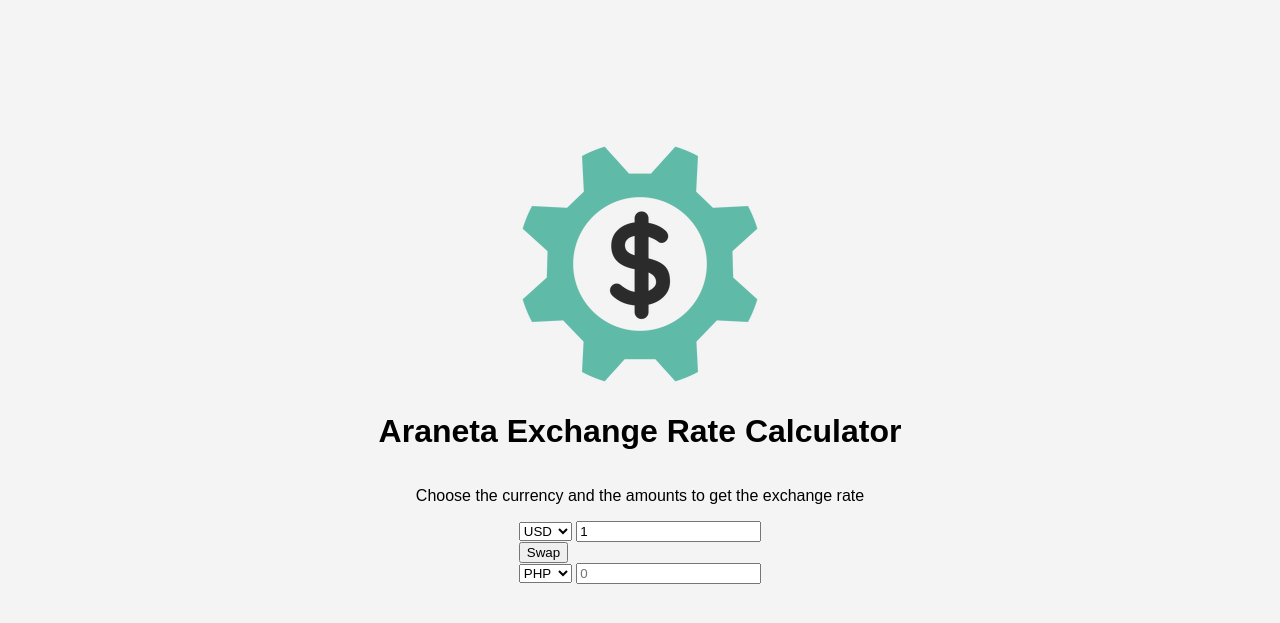
Repository: kenneth1175/ExchangeRateCalculator
Page: index.html
These files come from the project's save history. The page is drawn as it stood at one moment and after the next save; the edit follows.
The browser window is 1280 px wide. The pictures show the whole page.

Above is the page before, as saved 2025-10-03 19:30:20.

### index.html
<!DOCTYPE html>
<html lang="en">
  <head>
    <meta charset="UTF-8" />
    <meta name="viewport" content="width=device-width, initial-scale=1.0" />
    <title>Araneta Exchange Rate Calculator</title>
    <link rel="stylesheet" href="style.css" />
  </head>
  <body>
    <img src="./img/money.png" alt="logo" class="money-img" />
    <h1>Araneta Exchange Rate Calculator</h1>
    <p>Choose the currency and the amounts to get the exchange rate</p>

    <div class="container">
      <div class="currency">
        <select id="currency-one">
          <option value="AED">AED</option>
          <option value="ARS">ARS</option>
          <option value="AUD">AUD</option>
          <option value="BGN">BGN</option>
          <option value="BRL">BRL</option>
          <option value="BSD">BSD</option>
          <option value="CAD">CAD</option>
          <option value="CHF">CHF</option>
          <option value="CLP">CLP</option>
          <option value="CNY">CNY</option>
          <option value="COP">COP</option>
          <option value="CZK">CZK</option>
          <option value="DKK">DKK</option>
          <option value="DOP">DOP</option>
          <option value="EGP">EGP</option>
          <option value="EUR">EUR</option>
          <option value="FJD">FJD</option>
          <option value="GBP">GBP</option>
          <option value="GTQ">GTQ</option>
          <option value="HKD">HKD</option>
          <option value="HRK">HRK</option>
          <option value="HUF">HUF</option>
          <option value="IDR">IDR</option>
          <option value="ILS">ILS</option>
          <option value="INR">INR</option>
          <option value="ISK">ISK</option>
          <option value="JPY">JPY</option>
          <option value="KRW">KRW</option>
          <option value="KZT">KZT</option>
          <option value="MXN">MXN</option>
          <option value="MYR">MYR</option>
          <option value="NOK">NOK</option>
          <option value="NZD">NZD</option>
          <option value="PAB">PAB</option>
          <option value="PEN">PEN</option>
          <option value="PHP">PHP</option>
          <option value="PKR">PKR</option>
          <option value="PLN">PLN</option>
          <option value="PYG">PYG</option>
          <option value="RON">RON</option>
          <option value="RUB">RUB</option>
          <option value="SAR">SAR</option>
          <option value="SEK">SEK</option>
          <option value="SGD">SGD</option>
          <option value="THB">THB</option>
          <option value="TRY">TRY</option>
          <option value="TWD">TWD</option>
          <option value="UAH">UAH</option>
          <option value="USD" selected>USD</option>
          <option value="UYU">UYU</option>
          <option value="VND">VND</option>
          <option value="ZAR">ZAR</option>
        </select>
        <input type="number" id="amount-one" placeholder="0" value="1" />
      </div>

      <div class="swap-rate-container">
        <button class="btn" id="rate">Swap</button>
        <div class="rate" id="rate"></div>
      </div>

      <div class="currency">
        <select id="currency-two">
          <option value="AED">AED</option>
          <option value="ARS">ARS</option>
          <option value="AUD">AUD</option>
          <option value="BGN">BGN</option>
          <option value="BRL">BRL</option>
          <option value="BSD">BSD</option>
          <option value="CAD">CAD</option>
          <option value="CHF">CHF</option>
          <option value="CLP">CLP</option>
          <option value="CNY">CNY</option>
          <option value="COP">COP</option>
          <option value="CZK">CZK</option>
          <option value="DKK">DKK</option>
          <option value="DOP">DOP</option>
          <option value="EGP">EGP</option>
          <option value="EUR">EUR</option>
          <option value="FJD">FJD</option>
          <option value="GBP">GBP</option>
          <option value="GTQ">GTQ</option>
          <option value="HKD">HKD</option>
          <option value="HRK">HRK</option>
          <option value="HUF">HUF</option>
          <option value="IDR">IDR</option>
          <option value="ILS">ILS</option>
          <option value="INR">INR</option>
          <option value="ISK">ISK</option>
          <option value="JPY">JPY</option>
          <option value="KRW">KRW</option>
          <option value="KZT">KZT</option>
          <option value="MXN">MXN</option>
          <option value="MYR">MYR</option>
          <option value="NOK">NOK</option>
          <option value="NZD">NZD</option>
          <option value="PAB">PAB</option>
          <option value="PEN">PEN</option>
          <option value="PHP" selected>PHP</option>
          <option value="PKR">PKR</option>
          <option value="PLN">PLN</option>
          <option value="PYG">PYG</option>
          <option value="RON">RON</option>
          <option value="RUB">RUB</option>
          <option value="SAR">SAR</option>
          <option value="SEK">SEK</option>
          <option value="SGD">SGD</option>
          <option value="THB">THB</option>
          <option value="TRY">TRY</option>
          <option value="TWD">TWD</option>
          <option value="UAH">UAH</option>
          <option value="USD">USD</option>
          <option value="UYU">UYU</option>
          <option value="VND">VND</option>
          <option value="ZAR">ZAR</option>
        </select>
        <input type="number" id="amount-two" placeholder="0" />
      </div>
    </div>
    <script src="script.js"></script>
  </body>
</html>

### style.css
:root {
  --primary-color: #5fbaa7;
}

* {
  box-sizing: border-box;
}

body {
  background-color: #f4f4f4;
  font-family: Arial, Helvetica, sans-serif;
  display: flex;
  flex-direction: column;
  align-items: center;
  justify-content: center;
  height: 100vh;
  margin: 0;
  padding: 20px;
}

Loaded but not shown: script.js (no stored copy; drawn as an empty file)

After the next save:
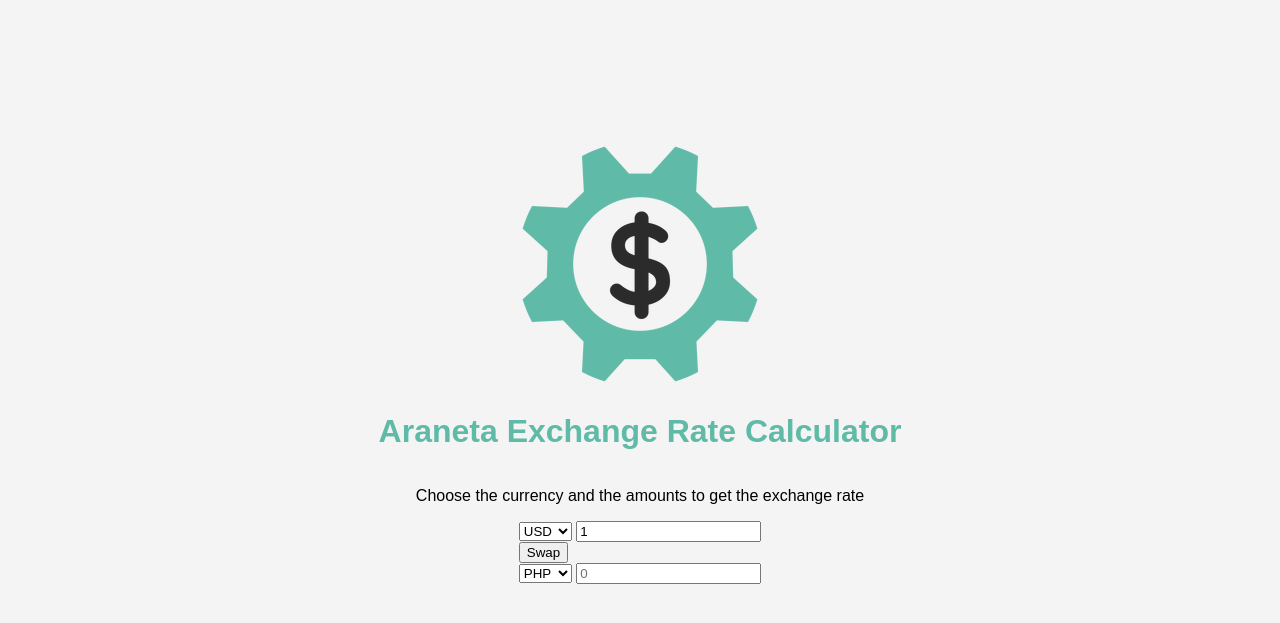
Saved 75 s later.
--- a/style.css
+++ b/style.css
@@ -17,3 +17,11 @@ body {
   margin: 0;
   padding: 20px;
 }
+
+h1 {
+  color: var(--primary-color);
+}
+
+p {
+  text-align: center;
+}
